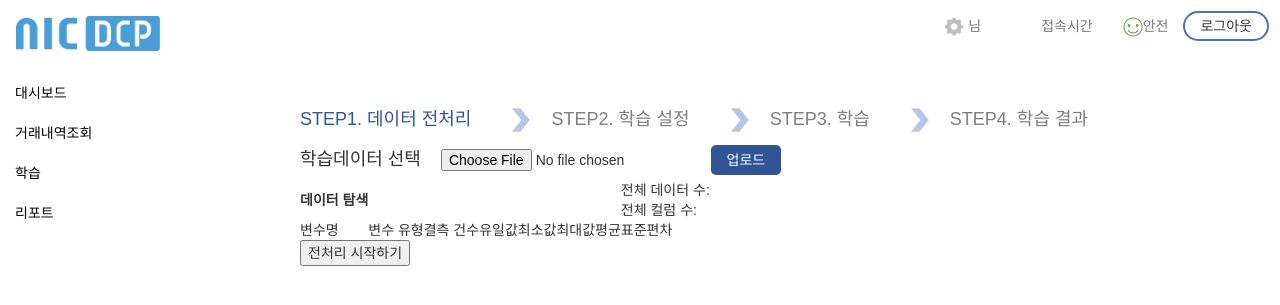
Repository: zzyeah0/project01
Page: http://localhost/nicdcp_frontend/step1_upload.jsp
An editor plug-in stored every save of this project. The page is shown before and after the next save, followed by the edit.
The browser window is 1280 px wide. The pictures show the whole page.
Some web fonts or font styles are not loaded; a fallback is used. The page is served by Tomcat 9. The template is opened directly, without the code that normally fills it, so the values that code supplies are empty.

Above is the page before, as saved 2021-05-24 09:47:55.

After the next save:
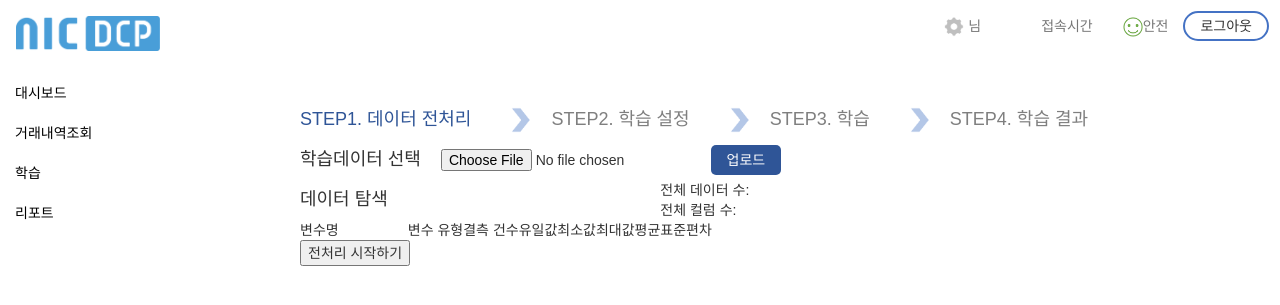
Saved 41 s later.
--- a/nicdcp_frontend/src/main/webapp/step1_upload.jsp
+++ b/nicdcp_frontend/src/main/webapp/step1_upload.jsp
@@ -40,7 +40,7 @@
 		</form>
 		<table>
 			<tr>
-				<th>데이터 탐색</th>
+				<td><h4>데이터 탐색</h4></td>
 				<td colspan="6"></td>
 				<td>전체 데이터 수: ${list.size() } <br/>전체 컬럼 수: </td>
 			</tr>
